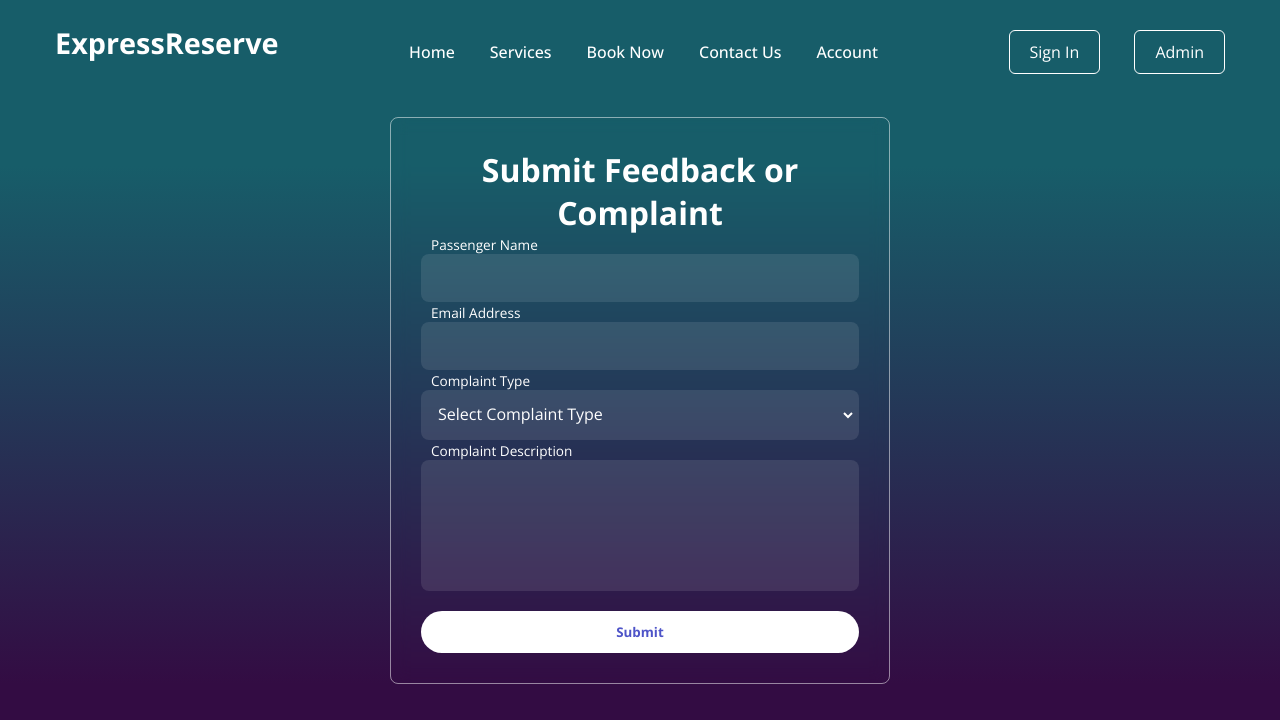
Repository: AmodhyaSharinda/Train-Reservation-system
Page: http://localhost/Train_reserve/ContactUs.jsp
An editor plug-in stored every save of this project. The page is shown before and after the next save, followed by the edit.
The browser window is 1280 px wide. The pictures show the whole page.
The page is served by Tomcat 9.

Above is the page before, as saved 2024-10-08 08:20:11.

After the next save:
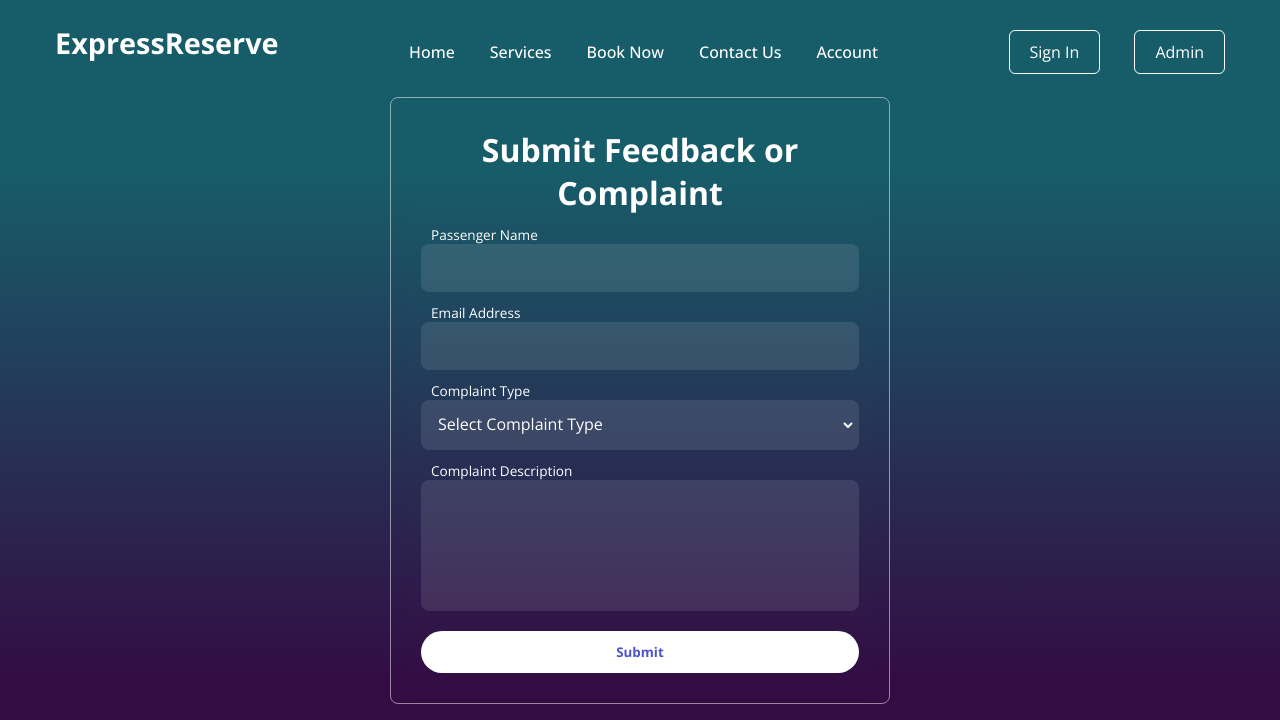
Saved 14 s later.
--- a/Train reserve/src/main/webapp/ContactUs.jsp
+++ b/Train reserve/src/main/webapp/ContactUs.jsp
@@ -52,7 +52,7 @@
     background: rgba(255, 255, 255, 0.1);
     border-radius: 8px;
     transition: background 0.3s ease;
-    margin-top: 20px;
+    margin-top: 30px;
 }
 
 .input-field label {
